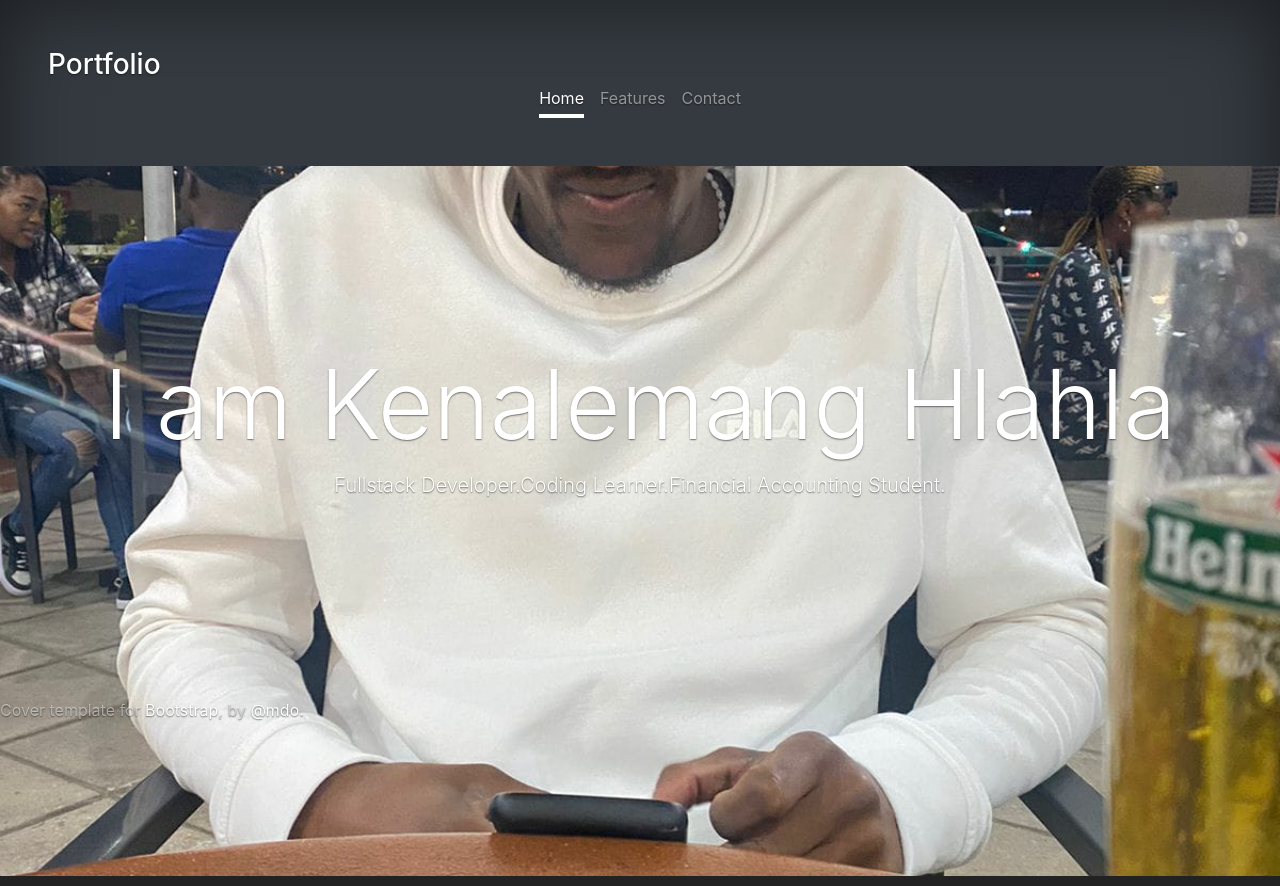
Repository: Shlahla48/zaio-bootstrap-portfolio
Page: index.html
An editor plug-in stored every save of this project. The page is shown before and after the next save, followed by the edit.
The browser window is 1280 px wide. The pictures show the whole page.

Above is the page before, as saved 2022-10-10 17:39:21.

### index.html
<!doctype html>
<html lang="en" class="h-100">
  <head>
    <meta charset="utf-8">
    <meta name="viewport" content="width=device-width, initial-scale=1">
    <meta name="description" content="">
    <meta name="author" content="Mark Otto, Jacob Thornton, and Bootstrap contributors">
    <meta name="generator" content="Hugo 0.104.2">
    <title>Portfolio | Kenalemang Solomon Hlahla</title>

    <link rel="canonical" href="https://getbootstrap.com/docs/5.2/examples/cover/">





    <link rel="stylesheet" href="https://cdn.jsdelivr.net/npm/bootstrap@4.6.2/dist/css/bootstrap.min.css" integrity="sha384-xOolHFLEh07PJGoPkLv1IbcEPTNtaed2xpHsD9ESMhqIYd0nLMwNLD69Npy4HI+N" crossorigin="anonymous">
    <style>
      .bd-placeholder-img {
        font-size: 1.125rem;
        text-anchor: middle;
        -webkit-user-select: none;
        -moz-user-select: none;
        user-select: none;
      }

      @media (min-width: 768px) {
        .bd-placeholder-img-lg {
          font-size: 3.5rem;
        }
      }

      .b-example-divider {
        height: 3rem;
        background-color: rgba(0, 0, 0, .1);
        border: solid rgba(0, 0, 0, .15);
        border-width: 1px 0;
        box-shadow: inset 0 .5em 1.5em rgba(0, 0, 0, .1), inset 0 .125em .5em rgba(0, 0, 0, .15);
      }

      .b-example-vr {
        flex-shrink: 0;
        width: 1.5rem;
        height: 100vh;
      }

      .bi {
        vertical-align: -.125em;
        fill: currentColor;
      }

      .nav-scroller {
        position: relative;
        z-index: 2;
        height: 2.75rem;
        overflow-y: hidden;
      }

      .nav-scroller .nav {
        display: flex;
        flex-wrap: nowrap;
        padding-bottom: 1rem;
        margin-top: -1px;
        overflow-x: auto;
        text-align: center;
        white-space: nowrap;
        -webkit-overflow-scrolling: touch;
      }
    </style>


    <!-- Custom styles for this template -->
    <link href="style.css" rel="stylesheet">
  </head>
  <body class="bg-dark">


  <header class="p-5 text-white">
    <div>
      <h3 class="float-md-start mb-0">Portfolio</h3>
      <nav class="nav nav-masthead justify-content-center float-md-end">
        <a class="nav-link fw-bold py-1 px-0 active" aria-current="page" href="#">Home</a>
        <a class="nav-link fw-bold py-1 px-0" href="#">Features</a>
        <a class="nav-link fw-bold py-1 px-0" href="#">Contact</a>
      </nav>
    </div>
  </header>
  <div class="banner-wrap vh-100 vw-100 text-white">
  <main class="d-flex flex-column align-items-center justify-content-center h-75 text-center">
    <h1 class="display-1">I am Kenalemang Hlahla</h1>
    <p class="lead" >Fullstack Developer.Coding Learner.Financial Accounting Student.</p>
  </main>

  <footer class="mt-auto text-white-50">
    <p>Cover template for <a href="https://getbootstrap.com/" class="text-white">Bootstrap</a>, by <a href="https://twitter.com/mdo" class="text-white">@mdo</a>.</p>
  </footer>
</div>



  </body>
</html>

### style.css
/*
 * Globals
 */


/* Custom default button */
.btn-secondary,
.btn-secondary:hover,
.btn-secondary:focus {
  color: #333;
  text-shadow: none; /* Prevent inheritance from `body` */
}


/*
 * Base structure
 */

body {
  text-shadow: 0 .05rem .1rem rgba(0, 0, 0, .5);
  box-shadow: inset 0 0 5rem rgba(0, 0, 0, .5);
}



.cover-container {
  max-width: 42em;
}


/*
 * Header
 */

 .banner-wrap {
  background-image: url(./assets/bannerimg.jpeg);
  background-size: cover;
  background-repeat: no-repeat;
  background-position: center;
  border-bottom: 10px solid #222222;
  position: relative;
z-index: 1;
}
.overlay {
 z-index: -1;
  height: 100%;
  width: 100%;
  background: black;
  opacity: 60%;
  position: absolute;
  top: 0;
}

.nav-masthead .nav-link {
  color: rgba(255, 255, 255, .5);
  border-bottom: .25rem solid transparent;
}

.nav-masthead .nav-link:hover,
.nav-masthead .nav-link:focus {
  border-bottom-color: rgba(255, 255, 255, .25);
}

.nav-masthead .nav-link + .nav-link {
  margin-left: 1rem;
}

.nav-masthead .active {
  color: #fff;
  border-bottom-color: #fff;
}

After the next save:
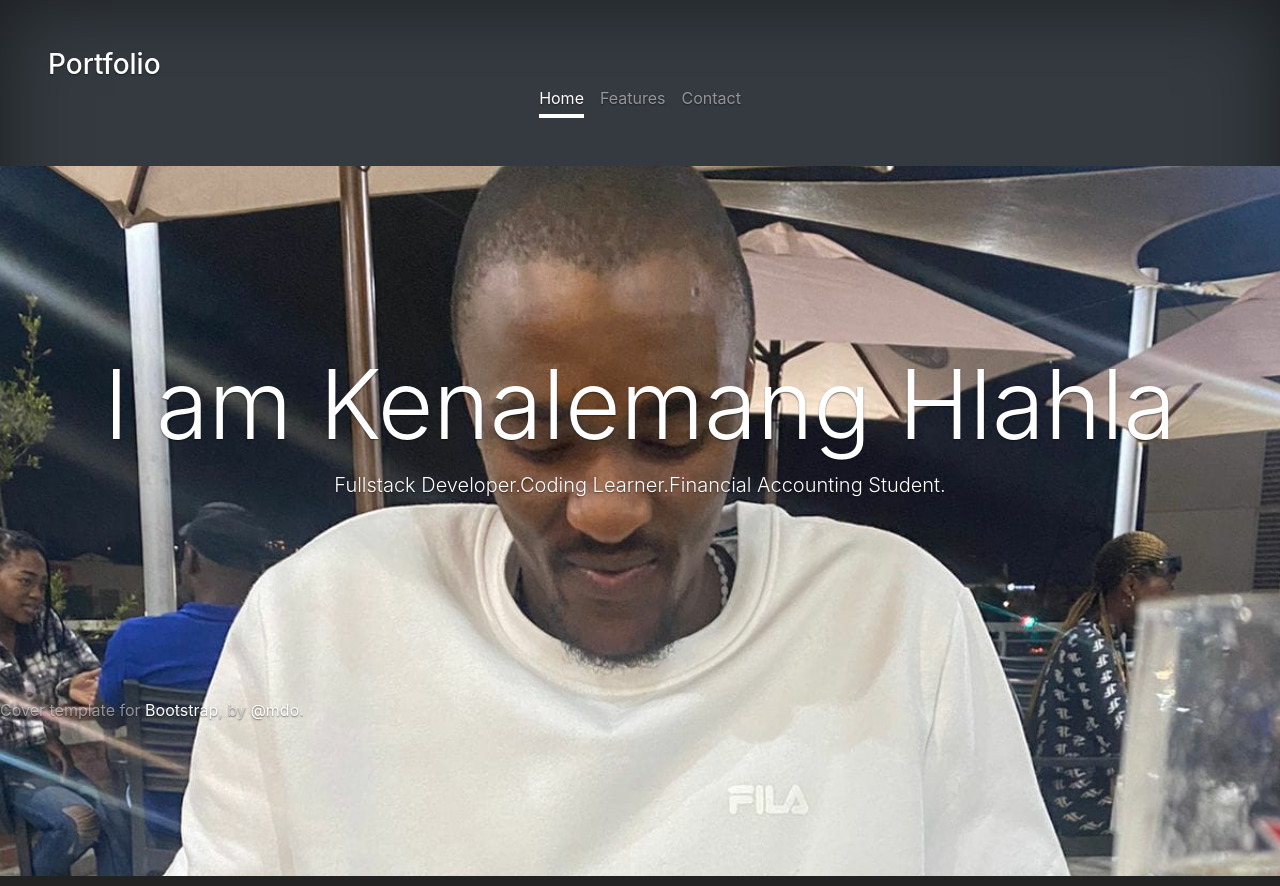
Saved 6 min 34 s later.
--- a/style.css
+++ b/style.css
@@ -33,7 +33,7 @@ body {
  */
 
  .banner-wrap {
-  background-image: url(./assets/bannerimg.jpeg);
+  background-image: url(./assets/bannerimg3.jpeg);
   background-size: cover;
   background-repeat: no-repeat;
   background-position: center;
